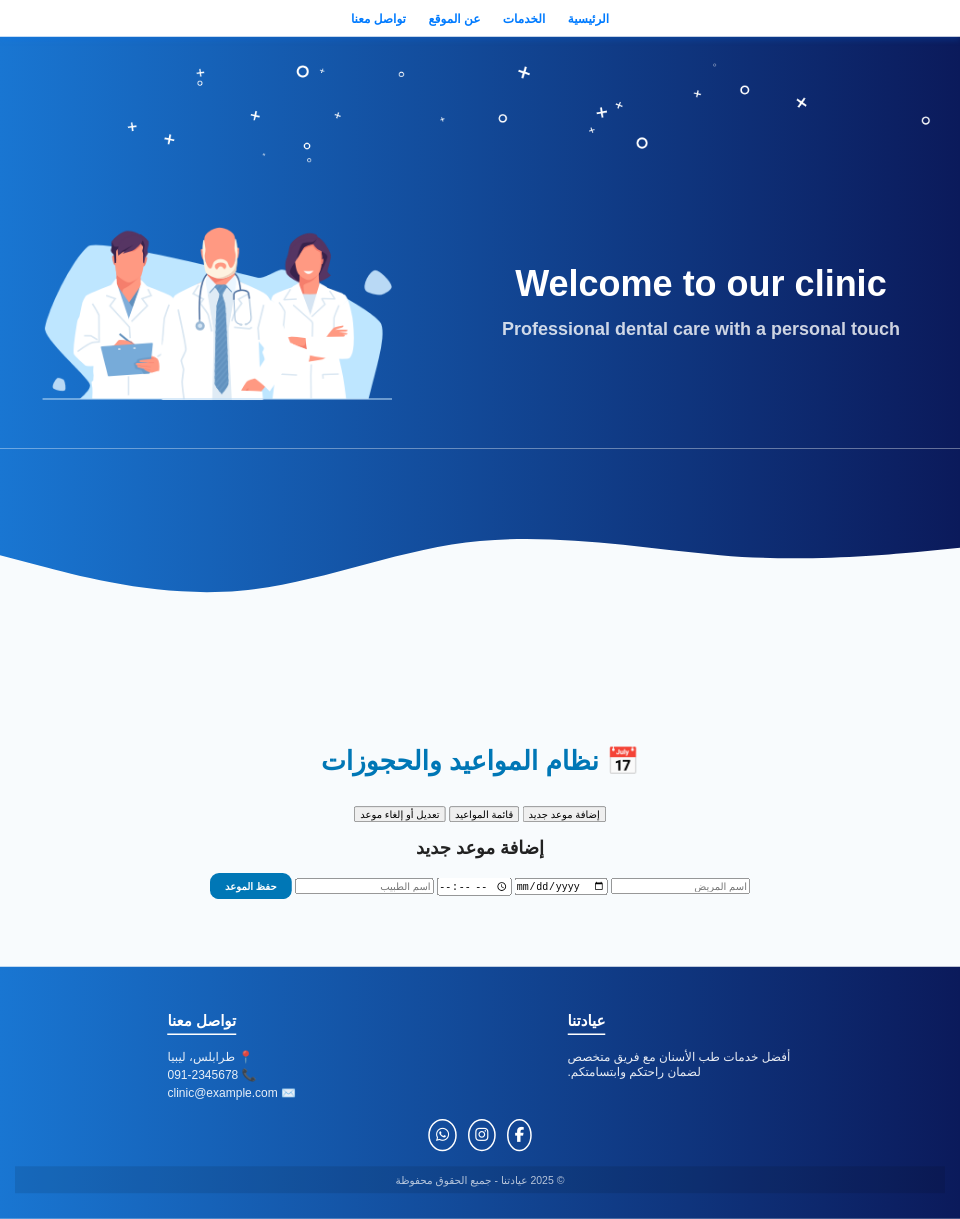
Repository: mysite4/s
Page: http://localhost/services/appointments/
These files come from the project's save history. The page is drawn as it stood at one moment and after the next save; the edit follows.
The browser window is 1280 px wide. The pictures show the whole page, at 75% of full size.
Some web fonts or font styles are not loaded; a fallback is used. The page is served by the project's application, run on Django 5.2 (manage.py).

Above is the page before, as saved 2025-10-28 15:51:29.

After the next save:
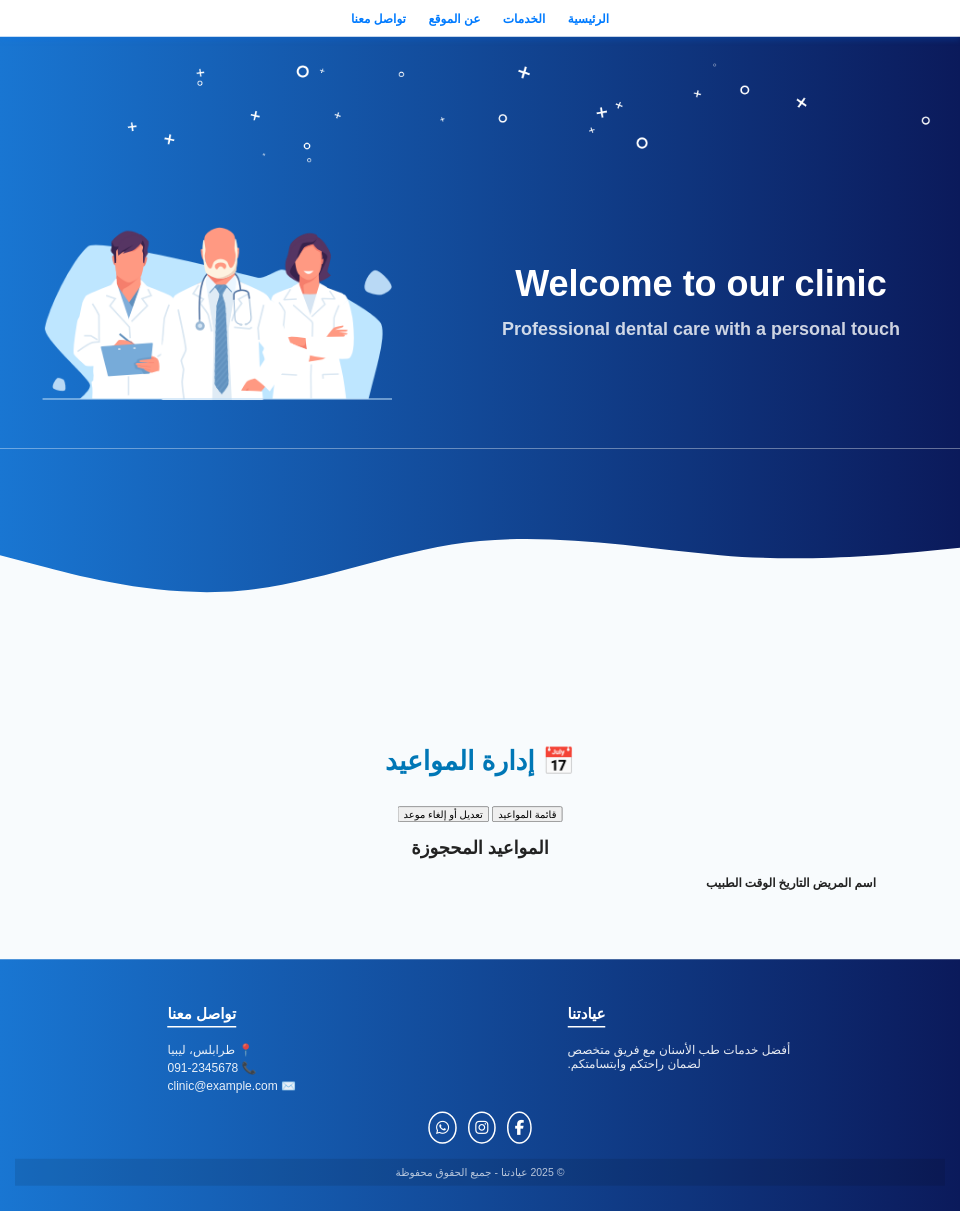
Saved 5 min 31 s later.
--- a/main/templates/services/appointments.html
+++ b/main/templates/services/appointments.html
@@ -5,31 +5,17 @@
 <link rel="stylesheet" href="{% static 'css/dashboard.css' %}">
 
 <div class="page-container fade-in">
-  <h1 class="page-title">📅 نظام المواعيد والحجوزات</h1>
+  <h1 class="page-title">📅 إدارة المواعيد</h1>
 
   <!-- Tabs -->
   <div class="tabs">
-    <button class="tab-btn active" data-tab="add">إضافة موعد جديد</button>
-    <button class="tab-btn" data-tab="list">قائمة المواعيد</button>
+    <button class="tab-btn active" data-tab="list">قائمة المواعيد</button>
     <button class="tab-btn" data-tab="manage">تعديل أو إلغاء موعد</button>
   </div>
 
-  <!-- محتوى Tabs -->
-  <div class="tab-content" id="add">
-    <h2>إضافة موعد جديد</h2>
-    <form id="add-appointment-form">
-      {% csrf_token %}
-      <input type="text" name="patient_name" placeholder="اسم المريض" required>
-      <input type="date" name="date" required>
-      <input type="time" name="time" required>
-      <input type="text" name="doctor_name" placeholder="اسم الطبيب" required>
-      <button type="submit" class="btn-main">حفظ الموعد</button>
-    </form>
-    <div id="form-message"></div>
-  </div>
-
-  <div class="tab-content" id="list" style="display:none;">
-    <h2>قائمة المواعيد</h2>
+  <!-- محتوى قائمة المواعيد -->
+  <div class="tab-content" id="list">
+    <h2>المواعيد المحجوزة</h2>
     <table id="appointments-table" class="appointments-table">
       <thead>
         <tr>
@@ -52,6 +38,7 @@
     </table>
   </div>
 
+  <!-- محتوى التعديل/الحذف -->
   <div class="tab-content" id="manage" style="display:none;">
     <h2>تعديل أو إلغاء موعد</h2>
     <select id="appointment-select">
@@ -76,45 +63,5 @@
       document.getElementById(btn.getAttribute('data-tab')).style.display = 'block';
     });
   });
-
-  // إضافة موعد باستخدام AJAX
-  const form = document.getElementById('add-appointment-form');
-  form.addEventListener('submit', function(e){
-    e.preventDefault();
-    const formData = new FormData(form);
-
-    fetch("{% url 'appointments_ajax' %}", {
-      method: "POST",
-      headers: { 'X-Requested-With': 'XMLHttpRequest' },
-      body: formData
-    })
-    .then(response => response.json())
-    .then(data => {
-      if(data.success){
-        // إضافة الصف الجديد في جدول قائمة المواعيد
-        const table = document.getElementById('appointments-table').querySelector('tbody');
-        const tr = document.createElement('tr');
-        tr.setAttribute('data-id', data.appointment.id);
-        tr.innerHTML = `<td>${data.appointment.patient_name}</td>
-                        <td>${data.appointment.date}</td>
-                        <td>${data.appointment.time}</td>
-                        <td>${data.appointment.doctor_name}</td>`;
-        table.appendChild(tr);
-
-        // إضافة الخيار الجديد في قائمة التعديل/الحذف
-        const select = document.getElementById('appointment-select');
-        const option = document.createElement('option');
-        option.value = data.appointment.id;
-        option.textContent = `${data.appointment.patient_name} - ${data.appointment.date}`;
-        select.appendChild(option);
-
-        form.reset();
-        document.getElementById('form-message').textContent = "تم إضافة الموعد بنجاح!";
-      } else {
-        document.getElementById('form-message').textContent = "حدث خطأ، حاول مرة أخرى.";
-      }
-    })
-    .catch(err => console.log(err));
-  });
 </script>
 {% endblock %}
